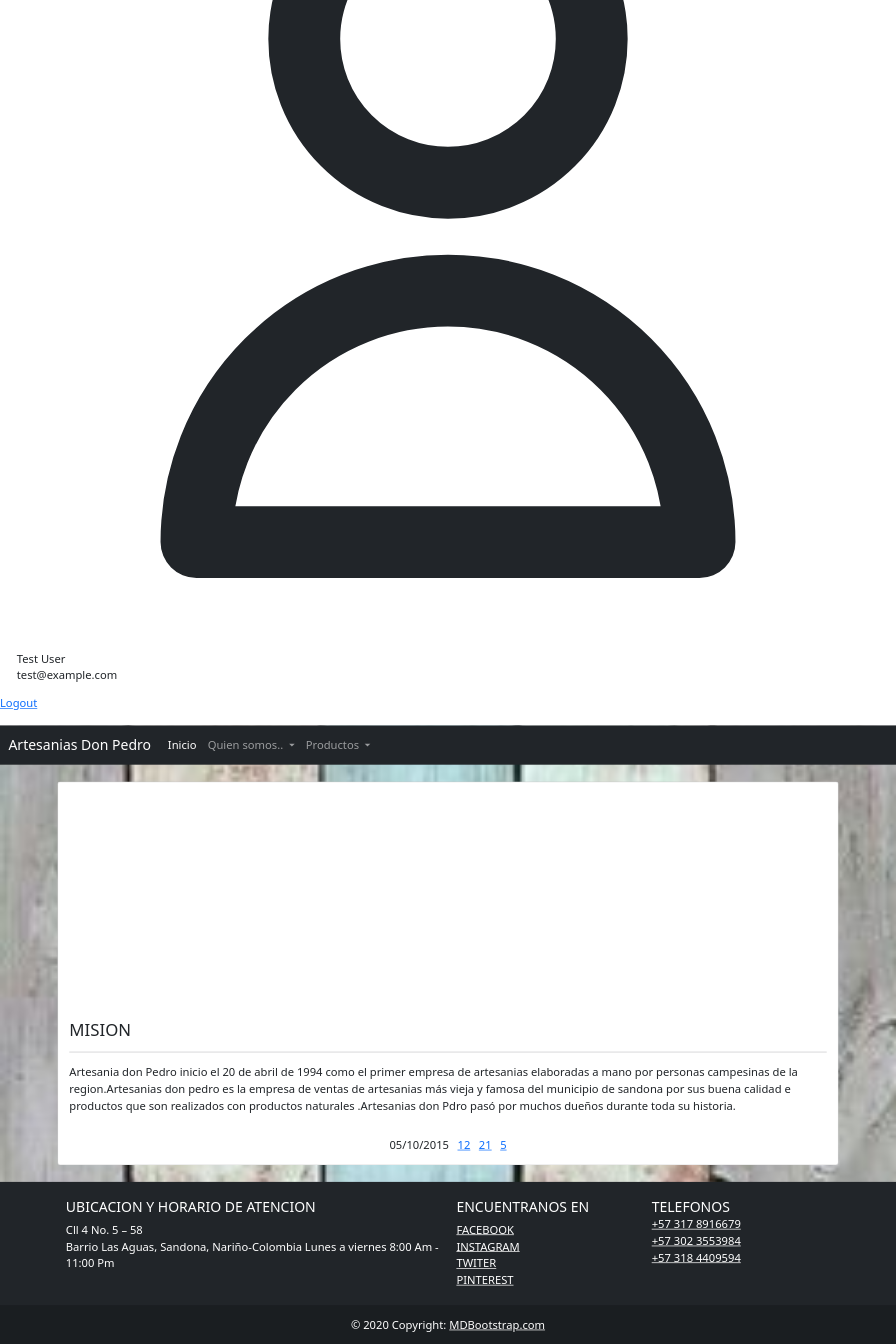
Repository: PG210/taller_artesania
Page: http://localhost/arte/mision
An editor plug-in stored every save of this project. The page is shown before and after the next save, followed by the edit.
The browser window is 1280 px wide. The pictures show the part of the page from y = 1799 to 3719 px (the page is 3719 px tall), at 70% of full size.
Pictures or frames that could not be fetched are drawn as grey boxes. The page is served by the project's Laravel application, run on PHP 8.4 with Laravel 8. A made-up administrator, Test User (test@example.com), is signed in. Other server files are loaded and not shown.

Above is the page before, as saved 2021-01-14 15:49:14.

### routes/web.php
<?php

use Illuminate\Support\Facades\Route;
use App\Http\Controllers\Productos;

/*
|--------------------------------------------------------------------------
| Web Routes
|--------------------------------------------------------------------------
|
| Here is where you can register web routes for your application. These
| routes are loaded by the RouteServiceProvider within a group which
| contains the "web" middleware group. Now create something great!
|
*/

Route::get('/', function () {
    return view('welcome');
});
//ruta mision vision
Route::get('arte/vision', function () {
    return view('arte.vision');
});
//histortia
Route::get('arte/historia', function () {
    return view('arte.historia');
});
Route::get('arte/mision', function () {
    return view('arte.mision');
});

//ubicacion
Route::get('arte/ubicacion', function () {
    return view('arte.ubicacion');
});
//productos
Route::get('/productos', [Productos::class, 'index']);

Route::get('/dashboard', function () {
    return view('dashboard');
})->middleware(['auth'])->name('dashboard');

require __DIR__.'/auth.php';

### resources/views/arte/mision.blade.php
<body background="../img/3.jpg" style="background-repeat: no-repeat;   background-size: cover;">
    @extends('layouts.app') @section('content')

    <!-- Card -->
    <div class="card">

        <!-- Card image -->
        <div class="container">
            <br>
            <div class="view overlay ">
                <video loop="true " muted autoplay width="530 " height="300 ">
                    <source src='{{url("/img/video.mp4")}}' type="video/mp4 " alt="Card image cap ">
                <a>
                    <div class="mask " style=" background-color: rgba(230, 179, 179, 0.5) "></div>
                </a>
            </div>
            </div>

        <!-- Button -->


        <!-- Card content -->
        <div class="card-body">

            <!-- Title -->
            <h4 class="card-title">MISION</h4>
            <hr>
            <!-- Text -->
            <p class="card-text">Artesania don Pedro inicio el 20 de abril de 1994 como el primer empresa de artesanias elaboradas a mano por personas campesinas de la region.Artesanias don pedro es la empresa de ventas de artesanias más vieja y famosa del municipio de sandona
                por sus buena calidad e productos que son realizados con productos naturales .Artesanias don Pdro pasó por muchos dueños durante toda su historia.</p>

        </div>

        <!-- Card footer -->
        <div class="rounded-bottom mdb-color lighten-3 text-center pt-3">
            <ul class="list-unstyled list-inline font-small">
                <li class="list-inline-item pr-2 white-text"><i class="far fa-clock pr-1"></i>05/10/2015</li>
                <li class="list-inline-item pr-2"><a href="#" class="white-text"><i
                class="far fa-comments pr-1"></i>12</a></li>
                <li class="list-inline-item pr-2"><a href="#" class="white-text"><i class="fab fa-facebook-f pr-1">
              </i>21</a></li>
                <li class="list-inline-item"><a href="#" class="white-text"><i class="fab fa-twitter pr-1"> </i>5</a></li>
            </ul>
        </div>

    </div>
    <!-- Card -->
    @stop
</body>

### resources/views/layouts/app.blade.php
<!DOCTYPE html>
<html lang="{{ str_replace('_', '-', app()->getLocale()) }}">
    <head>
        <meta charset="utf-8">
        <meta name="viewport" content="width=device-width, initial-scale=1">
        <meta name="csrf-token" content="{{ csrf_token() }}">

        <title>{{ config('app.name', 'Laravel') }}</title>

        <!-- Fonts -->
        <link rel="stylesheet" href="https://fonts.googleapis.com/css2?family=Nunito:wght@400;600;700&display=swap">
        <link href="{{ url('/assets/bootstrap/css/bootstrap.min.css') }}" rel="stylesheet">
        <!-- Styles -->
        <link rel="stylesheet" href="{{ asset('css/app.css') }}">

        <!-- Scripts -->
        <script src="{{ asset('js/app.js') }}" defer></script>


    </head>

    <body class="font-sans antialiased">
        <div class="min-h-screen bg-gray-100">
            @include('layouts.navigation')

            <nav class="navbar navbar-expand-lg navbar navbar-dark bg-dark">
  <div class="container-fluid">
    <a class="navbar-brand" href="#">Artesanias Don Pedro</a>
    <button class="navbar-toggler" type="button" data-bs-toggle="collapse" data-bs-target="#navbarNavDropdown" aria-controls="navbarNavDropdown" aria-expanded="false" aria-label="Toggle navigation">
      <span class="navbar-toggler-icon"></span>
    </button>
    <div class="collapse navbar-collapse" id="navbarNavDropdown">
      <ul class="navbar-nav">
        <li class="nav-item">
          <a class="nav-link active" aria-current="page" href="#">Inicio</a>
        </li>


        <li class="nav-item dropdown">
          <a class="nav-link dropdown-toggle" href="#" id="navbarDropdownMenuLink" role="button" data-bs-toggle="dropdown" aria-expanded="false">
            Quien somos..
          </a>
          <ul class="dropdown-menu" aria-labelledby="navbarDropdownMenuLink">
            <li><a class="dropdown-item" href="{{url('/arte/mision')}}">Mision</a></li>
            <li><a class="dropdown-item" href="{{url('/arte/vision')}}">Vision</a></li>
            <li><a class="dropdown-item" href="{{url('/arte/ubicacion')}}">Ubicacion</a></li>
            <li><a class="dropdown-item" href="{{url('/arte/historia')}}">Historia</a></li>
          </ul>
        </li>

        <li class="nav-item dropdown">
          <a class="nav-link dropdown-toggle" href="#" id="navbarDropdownMenuLink" role="button" data-bs-toggle="dropdown" aria-expanded="false">
            Productos
          </a>
          <ul class="dropdown-menu" aria-labelledby="navbarDropdownMenuLink">
            <li><a class="dropdown-item" href="{{url('/productos')}}">Sombreros</a></li>
            <li><a class="dropdown-item" href="#">Mochilas</a></li>
            <li><a class="dropdown-item" href="#">Tejidos</a></li>
            <li><a class="dropdown-item" href="#">Visuterias</a></li>
            <li><a class="dropdown-item" href="#">Ofertas</a></li>
          </ul>
        </li>
      </ul>
    </div>
  </div>
</nav>
<br>
            <!-- Page Heading -->
            <div class="container">
           @yield('content')
           </div>
        </div>
<!--footer-->
<br>
        <footer class="bg-dark text-white text-center text-lg-start">
  <!-- Grid container -->
  <div class="container p-4">
    <!--Grid row-->
    <div class="row">
      <!--Grid column-->
      <div class="col-lg-6 col-md-12 mb-4 mb-md-0">
        <h5 class="text-uppercase">Ubicacion y Horario de Atencion</h5>

        <p>
        <bFooterr>
        Cll 4 No. 5 – 58<br>
        Barrio Las Aguas, Sandona, Nariño-Colombia
        Lunes a viernes 8:00 Am - 11:00 Pm
        </p>
      </div>
      <!--Grid column-->

      <!--Grid column-->
      <div class="col-lg-3 col-md-6 mb-4 mb-md-0">
        <h5 class="text-uppercase">Encuentranos en</h5>

        <ul class="list-unstyled mb-0">
          <li>
            <a href="#!" class="text-white">FACEBOOK</a>
          </li>
          <li>
            <a href="#!" class="text-white">INSTAGRAM</a>
          </li>
          <li>
            <a href="#!" class="text-white">TWITER</a>
          </li>
          <li>
            <a href="#!" class="text-white">PINTEREST</a>
          </li>
        </ul>
      </div>
      <!--Grid column-->

      <!--Grid column-->
      <div class="col-lg-3 col-md-6 mb-4 mb-md-0">
        <h5 class="text-uppercase mb-0">TELEFONOS</h5>

        <ul class="list-unstyled">
          <li>
            <a href="#!" class="text-white">+57 317 8916679</a>
          </li>
          <li>
            <a href="#!" class="text-white">+57 302 3553984</a>
          </li>
          <li>
            <a href="#!" class="text-white">+57 318 4409594</a>
          </li>

        </ul>
      </div>
      <!--Grid column-->
    </div>
    <!--Grid row-->
  </div>
  <!-- Grid container -->

  <!-- Copyright -->
  <div class="text-center p-3" style="background-color: rgba(0, 0, 0, 0.2)">
    © 2020 Copyright:
    <a class="text-white" href="https://mdbootstrap.com/">MDBootstrap.com</a>
  </div>
  <!-- Copyright -->
</footer>
<!--end footer-->



        <script src="https://code.jquery.com/jquery-3.5.1.slim.min.js" integrity="sha384-DfXdz2htPH0lsSSs5nCTpuj/zy4C+OGpamoFVy38MVBnE+IbbVYUew+OrCXaRkfj" crossorigin="anonymous"></script>
        <script src="https://cdn.jsdelivr.net/npm/popper.js@1.16.1/dist/umd/popper.min.js" integrity="sha384-9/reFTGAW83EW2RDu2S0VKaIzap3H66lZH81PoYlFhbGU+6BZp6G7niu735Sk7lN" crossorigin="anonymous"></script>
       <script type="text/javascript" src="{{ url('/assets/bootstrap/js/bootstrap.min.js') }}"></script>
    </body>
</html>

### resources/views/layouts/navigation.blade.php
<nav x-data="{ open: false }" class="bg-white border-b border-gray-100">
    <!-- Primary Navigation Menu -->
    <!--aqui cambiar-->
    <div class=" navbar-dark bg-indigo">
        <div class="flex justify-between h-16">
            <div class="flex">
                <!-- Logo -->
                <div class="flex-shrink-0 flex items-center">
                    <a href="{{ route('dashboard') }}">
                        <x-application-logo class="block h-10 w-auto fill-current text-gray-600" />
                    </a>
                </div>

                <!-- Navigation Links -->
                <div class="hidden space-x-8 sm:-my-px sm:ml-10 sm:flex">
                    <x-nav-link :href="route('dashboard')" :active="request()->routeIs('dashboard')">
                        {{ __('Bienvenidos! Tienda Virtual') }}
                    </x-nav-link>
                </div>
            </div>

            <!-- Settings Dropdown -->
            <div class="hidden sm:flex sm:items-center sm:ml-6">
                <x-dropdown align="right" width="48">
                    <x-slot name="trigger">
                        <button class="flex items-center text-sm font-medium text-gray-500 hover:text-gray-700 hover:border-gray-300 focus:outline-none focus:text-gray-700 focus:border-gray-300 transition duration-150 ease-in-out">
                            <div>{{ Auth::user()->name }}</div>

                            <div class="ml-1">
                                <svg class="fill-current h-4 w-4" xmlns="http://www.w3.org/2000/svg" viewBox="0 0 20 20">
                                    <path fill-rule="evenodd" d="M5.293 7.293a1 1 0 011.414 0L10 10.586l3.293-3.293a1 1 0 111.414 1.414l-4 4a1 1 0 01-1.414 0l-4-4a1 1 0 010-1.414z" clip-rule="evenodd" />
                                </svg>
                            </div>
                        </button>
                    </x-slot>

                    <x-slot name="content">
                        <!-- Authentication -->
                        <form method="POST" action="{{ route('logout') }}">
                            @csrf

                            <x-dropdown-link :href="route('logout')"
                                    onclick="event.preventDefault();
                                                this.closest('form').submit();">
                                {{ __('Logout') }}
                            </x-dropdown-link>
                        </form>
                    </x-slot>
                </x-dropdown>
            </div>

            <!-- Hamburger -->
            <div class="-mr-2 flex items-center sm:hidden">
                <button @click="open = ! open" class="inline-flex items-center justify-center p-2 rounded-md text-gray-400 hover:text-gray-500 hover:bg-gray-100 focus:outline-none focus:bg-gray-100 focus:text-gray-500 transition duration-150 ease-in-out">
                    <svg class="h-6 w-6" stroke="currentColor" fill="none" viewBox="0 0 24 24">
                        <path :class="{'hidden': open, 'inline-flex': ! open }" class="inline-flex" stroke-linecap="round" stroke-linejoin="round" stroke-width="2" d="M4 6h16M4 12h16M4 18h16" />
                        <path :class="{'hidden': ! open, 'inline-flex': open }" class="hidden" stroke-linecap="round" stroke-linejoin="round" stroke-width="2" d="M6 18L18 6M6 6l12 12" />
                    </svg>
                </button>
            </div>
        </div>
    </div>

    <!-- Responsive Navigation Menu -->
    <div :class="{'block': open, 'hidden': ! open}" class="hidden sm:hidden">
        <div class="pt-2 pb-3 space-y-1">
            <x-responsive-nav-link :href="route('dashboard')" :active="request()->routeIs('dashboard')">
                {{ __('Dashboard') }}
            </x-responsive-nav-link>
        </div>

        <!-- Responsive Settings Options -->
        <div class="pt-4 pb-1 border-t border-gray-200">
            <div class="flex items-center px-4">
                <div class="flex-shrink-0">
                    <svg class="h-10 w-10 fill-current text-gray-400" xmlns="http://www.w3.org/2000/svg" fill="none" viewBox="0 0 24 24" stroke="currentColor">
                        <path stroke-linecap="round" stroke-linejoin="round" stroke-width="2" d="M16 7a4 4 0 11-8 0 4 4 0 018 0zM12 14a7 7 0 00-7 7h14a7 7 0 00-7-7z" />
                    </svg>
                </div>

                <div class="ml-3">
                    <div class="font-medium text-base text-gray-800">{{ Auth::user()->name }}</div>
                    <div class="font-medium text-sm text-gray-500">{{ Auth::user()->email }}</div>
                </div>
            </div>

            <div class="mt-3 space-y-1">
                <!-- Authentication -->
                <form method="POST" action="{{ route('logout') }}">
                    @csrf

                    <x-responsive-nav-link :href="route('logout')"
                            onclick="event.preventDefault();
                                        this.closest('form').submit();">
                        {{ __('Logout') }}
                    </x-responsive-nav-link>
                </form>
            </div>
        </div>
    </div>
</nav>

Loaded but not shown: routes/auth.php (common file); app/Models/User.php (common file); resources/views/components/application-logo.blade.php (common file); resources/views/components/nav-link.blade.php (common file); resources/views/components/dropdown-link.blade.php (common file); resources/views/components/dropdown.blade.php (common file); resources/views/components/responsive-nav-link.blade.php (common file); public/assets/bootstrap/css/bootstrap.min.css (library); public/assets/bootstrap/js/bootstrap.min.js (library); public/js/app.js (library)

After the next save:
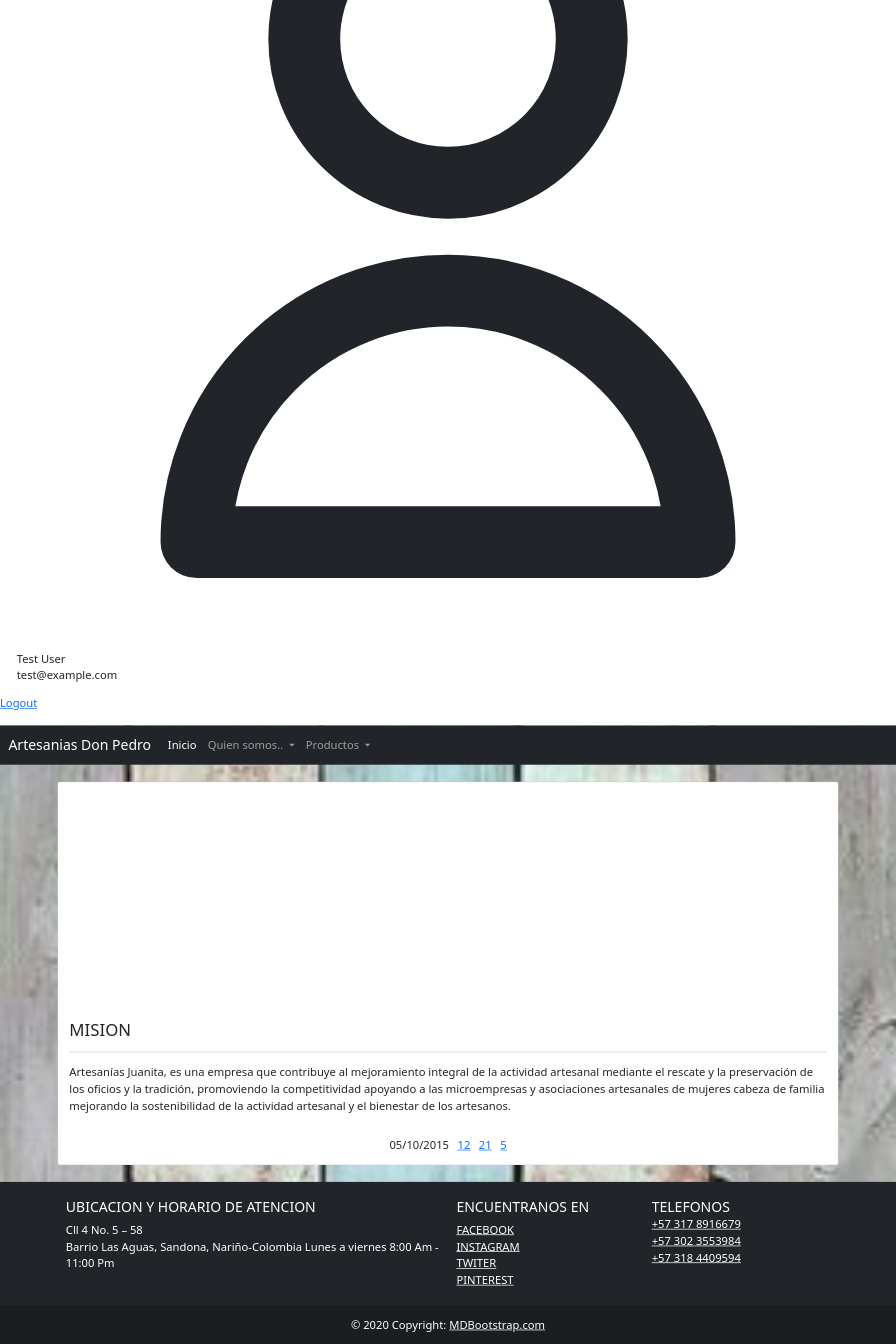
Saved 99 s later.
--- a/resources/views/arte/mision.blade.php
+++ b/resources/views/arte/mision.blade.php
@@ -26,9 +26,8 @@
             <h4 class="card-title">MISION</h4>
             <hr>
             <!-- Text -->
-            <p class="card-text">Artesania don Pedro inicio el 20 de abril de 1994 como el primer empresa de artesanias elaboradas a mano por personas campesinas de la region.Artesanias don pedro es la empresa de ventas de artesanias más vieja y famosa del municipio de sandona
-                por sus buena calidad e productos que son realizados con productos naturales .Artesanias don Pdro pasó por muchos dueños durante toda su historia.</p>
 
+            Artesanías Juanita, es una empresa que contribuye al mejoramiento integral de la actividad artesanal mediante el rescate y la preservación de los oficios y la tradición, promoviendo la competitividad apoyando a las microempresas y asociaciones artesanales de mujeres cabeza de familia mejorando la sostenibilidad de la actividad artesanal y el bienestar de los artesanos.
         </div>
 
         <!-- Card footer -->
